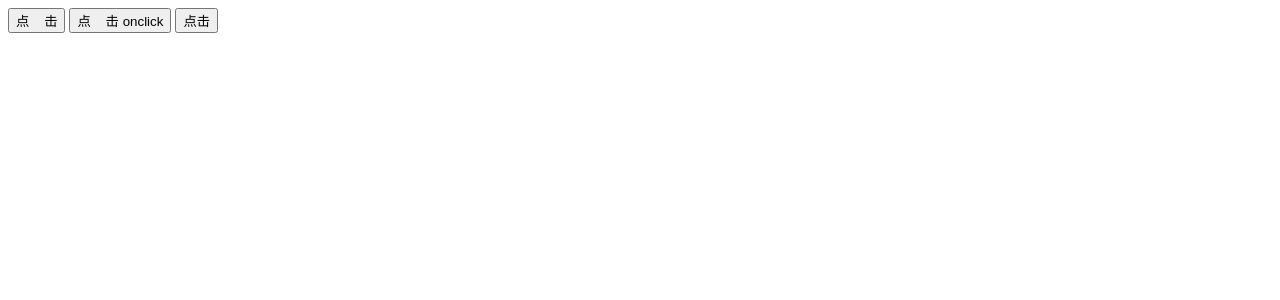
Repository: jianminghao/ssiProject
Page: http://localhost/myssiProject/aaa.jsp
These files come from the project's save history. The page is drawn as it stood at one moment and after the next save; the edit follows.
The browser window is 1280 px wide. The pictures show the whole page.
The page is served by Tomcat 9.

Above is the page before, as saved 2020-03-04 13:16:09.

After the next save:
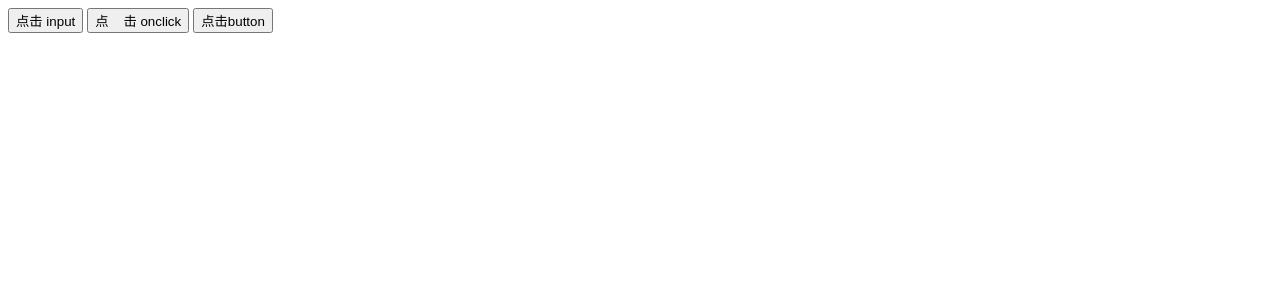
Saved 10 s later.
--- a/myssiProject/WebContent/aaa.jsp
+++ b/myssiProject/WebContent/aaa.jsp
@@ -21,12 +21,12 @@
 </script>
 <body>
 
-	<input type="button" class="btn" value="点    击">
+	<input type="button" class="btn" value="点击 input">
 
 	<input type="button" class="btn" onclick=aaa() value="点    击 onclick">
 
 	<button class="btn" type="button">
-		点击
+		点击button
 	</button>
 
 </body>
